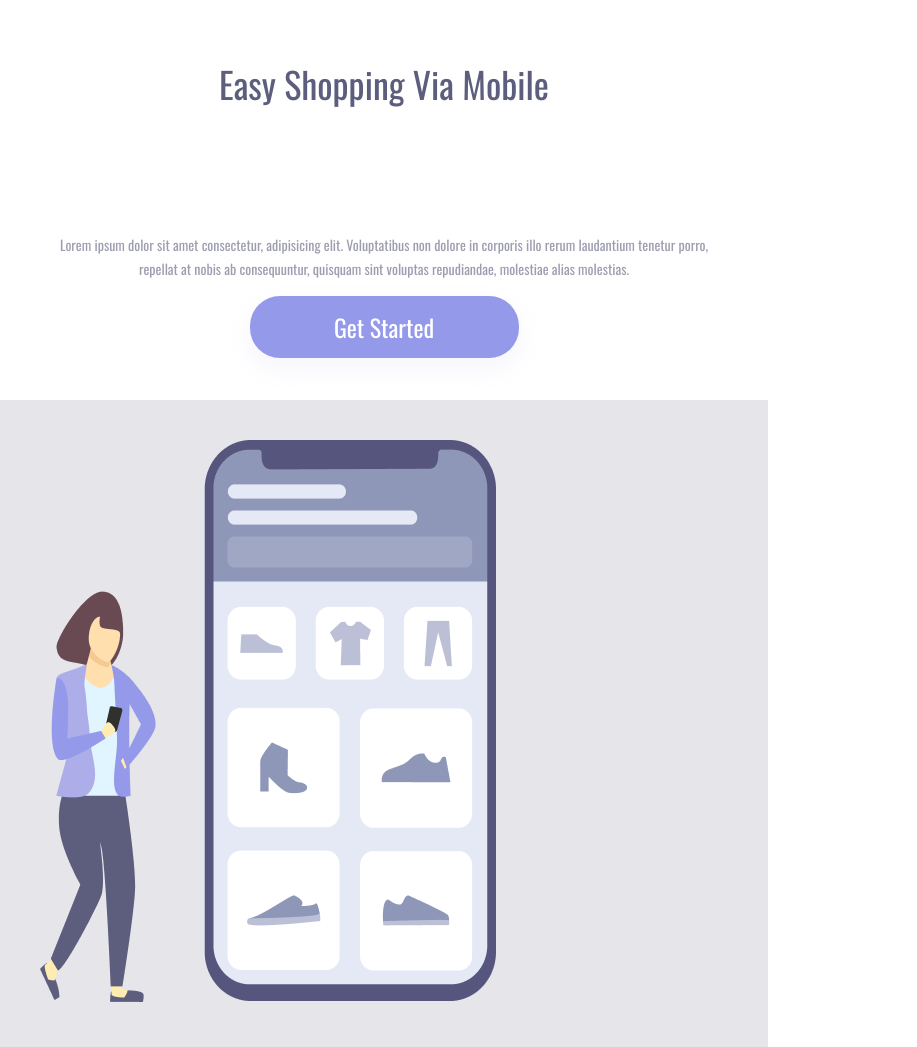
Repository: DihOliver/Projeto-Responsivo
Page: index.html
The author's editor kept a copy of each file at every save. The page is drawn from the files as they stood at one save, then again after the next save.
The browser window is 768 px wide. The page is 768 px wide, then 917 px, then 768 px, so the pictures cover 917 px, including what lies to the right of the window. The pictures show the whole page.
Some web fonts or font styles are not loaded; a fallback is used.

Above is the page before, as saved 2023-06-26 15:23:50.

After the next save:
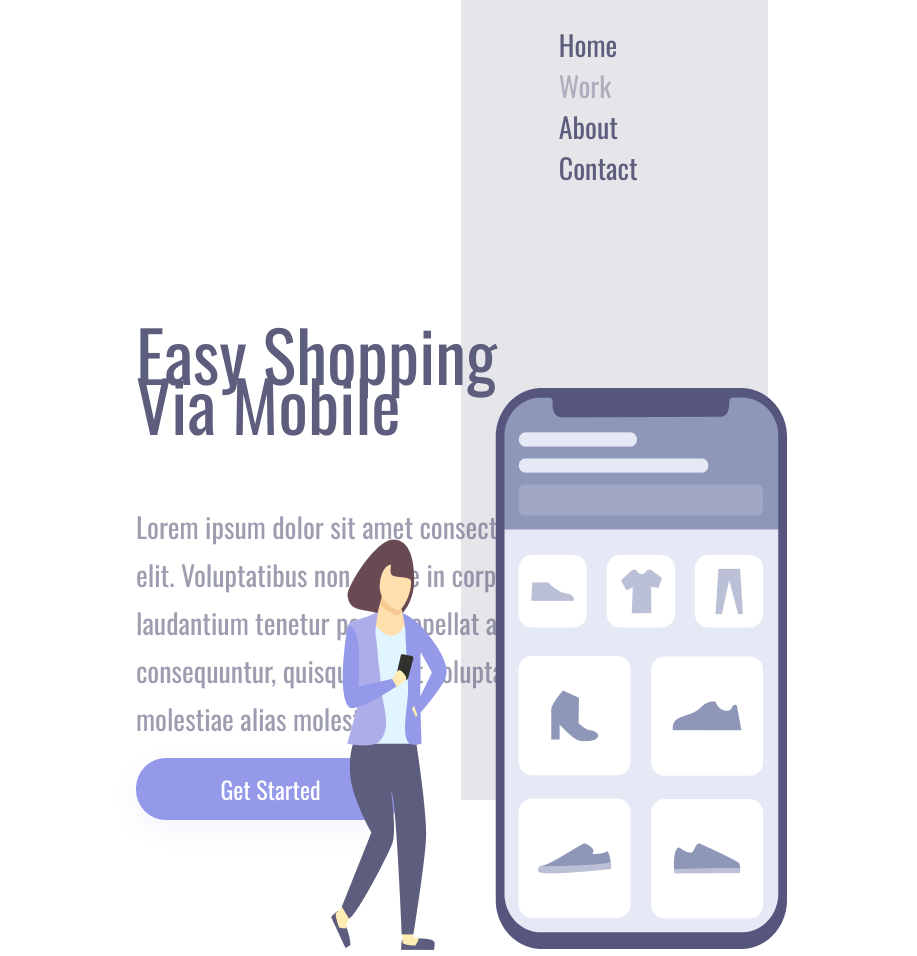
Saved 3 min 40 s later.
--- a/styles.css
+++ b/styles.css
@@ -107,7 +107,7 @@
         margin: 24px 0 0 57px;
     }
 
-    @media (max-width: 900px) {
+    @media sreen and (max-width: 900px) {
         .container-left {
             width: 100%;
             height: 50%;

After the save that followed:
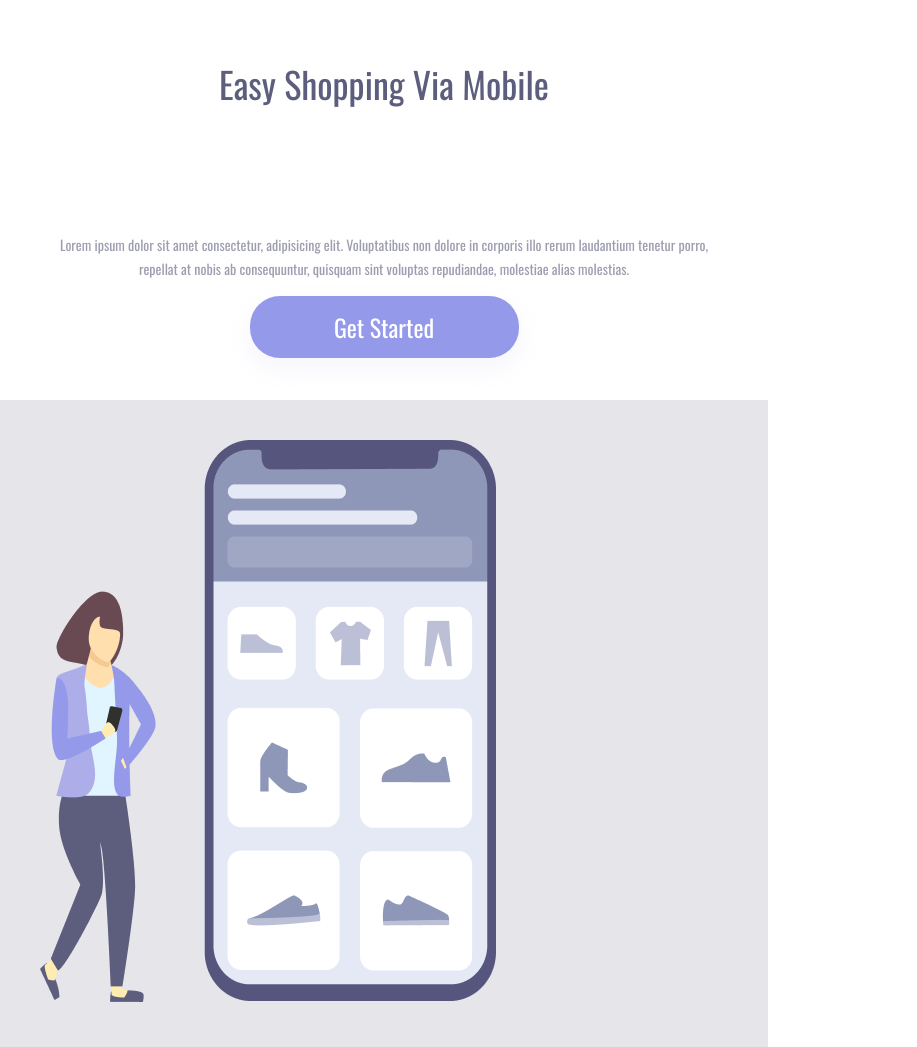
Saved 30 s later.
--- a/styles.css
+++ b/styles.css
@@ -107,7 +107,7 @@
         margin: 24px 0 0 57px;
     }
 
-    @media sreen and (max-width: 900px) {
+    @media screen and (max-width: 900px) {
         .container-left {
             width: 100%;
             height: 50%;
